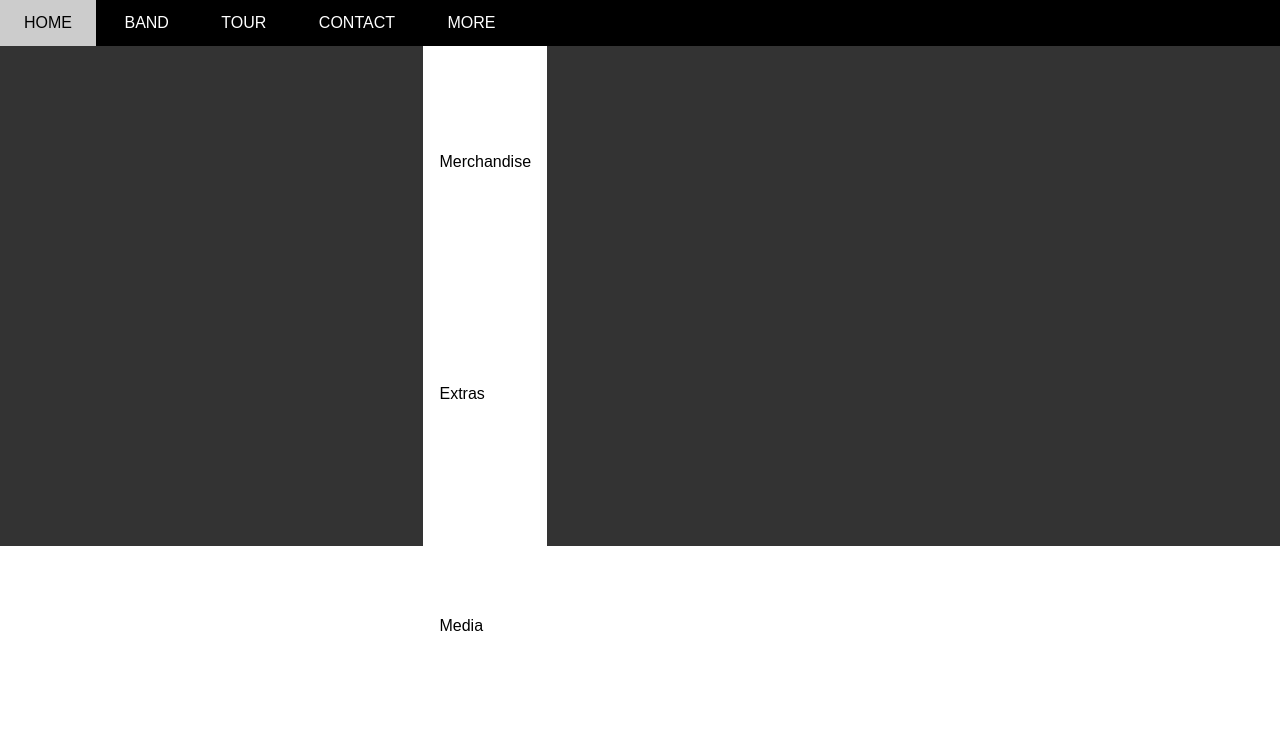
Repository: minhnguyennn/w3_band_music
Page: index.html
An editor plug-in stored every save of this project. The page is shown before and after the next save, followed by the edit.
The browser window is 1280 px wide. The pictures show the whole page.

Above is the page before, as saved 2023-02-17 18:17:32.

### index.html
<!DOCTYPE html>
<html lang="en">
<head>
    <meta charset="UTF-8">
    <meta http-equiv="X-UA-Compatible" content="IE=edge">
    <meta name="viewport" content="width=device-width, initial-scale=1.0">
    <title>Document</title>
    <link rel="stylesheet" href="./assets/css/style.css">
</head>
<body>
    <div id="main">
        <div id="header">
            <ul id="nav">
                <li><a href="">Home</a></li>
                <li><a href="">Band</a></li>
                <li><a href="">Tour</a></li>
                <li><a href="">Contact</a></li>
                <li>
                    <a href="">More</a>
                    <ul class="subnav">
                        <li><a href="">Merchandise</a></li>
                        <li><a href="">Extras</a></li>
                        <li><a href="">Media</a></li>
                    </ul>
                </li>
            </ul>
        </div>

        <div id="slider">

        </div>

        <div id="content">

        </div>

        <div id="footer">

        </div>

    </div>
</body>
</html>

### assets/css/style.css
/* Reset CSS */
* {
   padding: 0;
   margin: 0;
   box-sizing: border-box;
}

html {
   font-family: Arial, Helvetica, sans-serif;
}

#main {
}

#header {
   height: 46px;
   background-color: #000;
}

#nav,
.subnav {
   list-style-type: none;
}

#nav > li {
   display: inline-block;
}

#nav li {
   position: relative;
}

#nav > li > a {
   color: #fff;
   text-transform: uppercase;
   padding: 0 24px;
   line-height: 46px;
}

#nav li a {
   text-decoration: none;
   display: inline-block;
}

#nav > li:hover > a {
   color: #000;
   background-color: #ccc;
}

#nav .subnav {
   /* display: none; */
   position: absolute;
   background-color: #fff;
}

#nav .subnav a {
   color: #000;
   padding: 0 16px;
   line-height: 232px;
}

#nav .subnav li:hover {
   background-color: #ccc;
}

#slider {
   min-height: 500px;
   background-color: #333;
}

#content {
}

#footer {
}

After the next save:
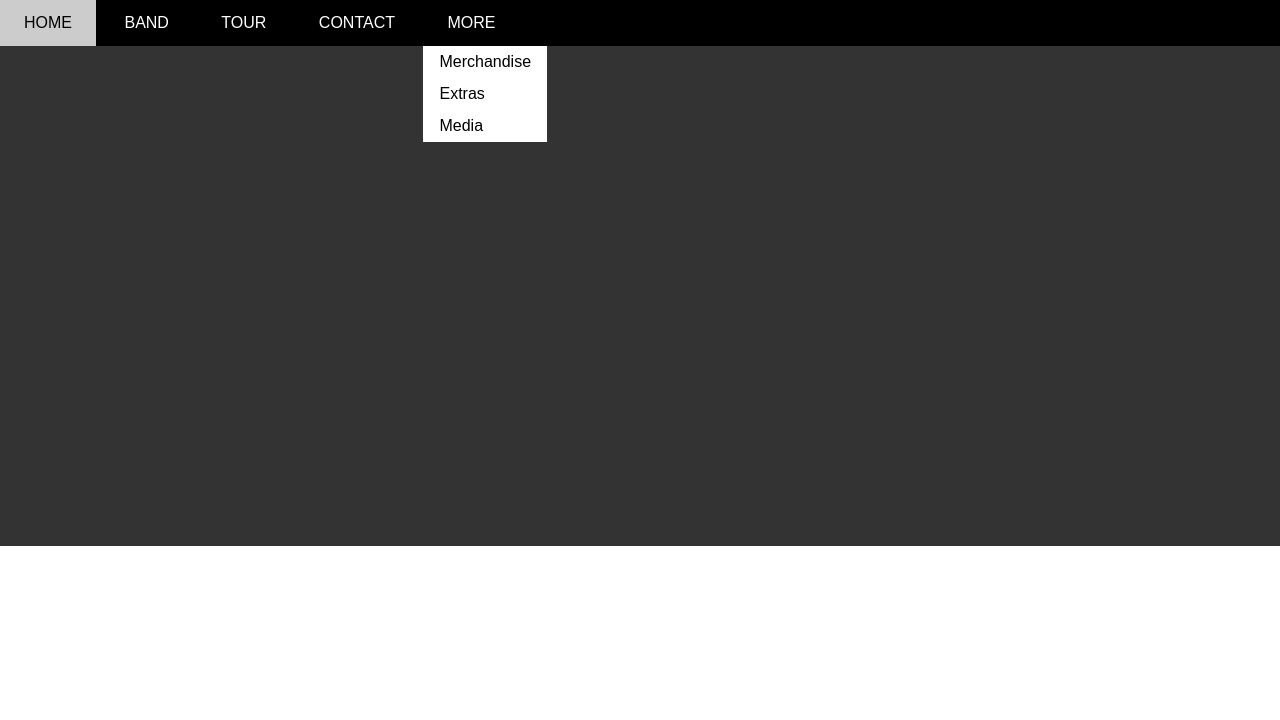
Saved 4 s later.
--- a/assets/css/style.css
+++ b/assets/css/style.css
@@ -56,7 +56,7 @@
 #nav .subnav a {
    color: #000;
    padding: 0 16px;
-   line-height: 232px;
+   line-height: 32px;
 }
 
 #nav .subnav li:hover {
